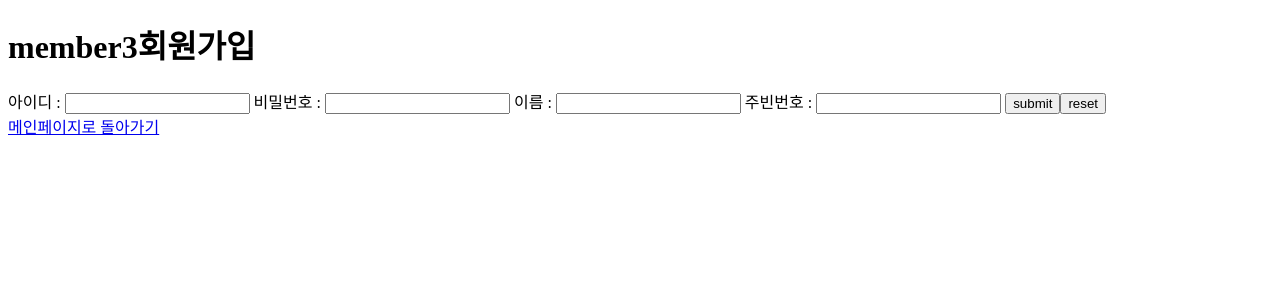
Repository: emthrology/servertest
Page: http://localhost/practices/views/member3/join.jsp
An editor plug-in stored every save of this project. The page is shown before and after the next save, followed by the edit.
The browser window is 1280 px wide. The pictures show the whole page.
The page is served by Tomcat 9. Other server files are loaded and not shown.

Above is the page before, as saved 2019-05-17 07:24:50.

### apache/practices/WebContent/views/member3/join.jsp
<%@ page language="java" contentType="text/html; charset=UTF-8"
    pageEncoding="UTF-8"%>
<!DOCTYPE html>
<html>
<head>
<meta charset="UTF-8">
<title>회원가입</title>
</head>
<body>
	<h1>member3회원가입</h1>
	<form action="/join3" method="post">
		아이디 : <input type="text" name="memberId">
		비밀번호 : <input type="password" name="memberPw">
		이름 : <input type="text" name="memberName">
		주빈번호 : <input type="text" name="socialSecurityNum">
		<input type="submit" value="submit"><input type="reset" value="reset">
	</form>
	<a href="/">메인페이지로 돌아가기</a>
</body>
</html>

After the next save:
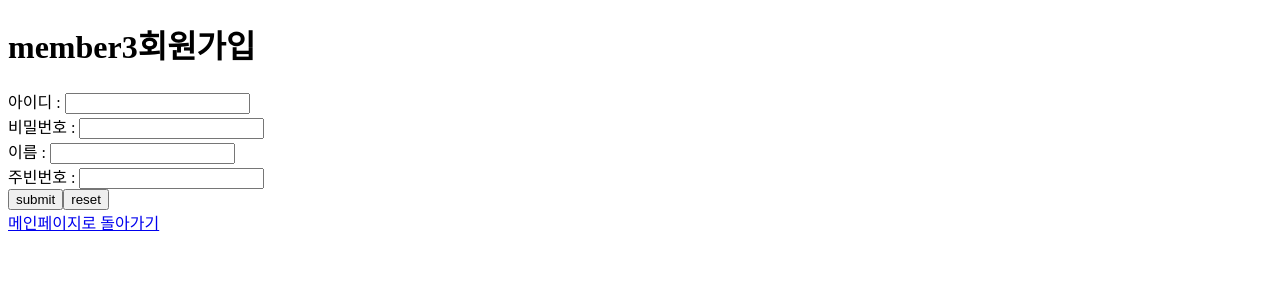
Saved 2 min 13 s later.
--- a/apache/practices/WebContent/views/member3/join.jsp
+++ b/apache/practices/WebContent/views/member3/join.jsp
@@ -9,10 +9,10 @@
 <body>
 	<h1>member3회원가입</h1>
 	<form action="/join3" method="post">
-		아이디 : <input type="text" name="memberId">
-		비밀번호 : <input type="password" name="memberPw">
-		이름 : <input type="text" name="memberName">
-		주빈번호 : <input type="text" name="socialSecurityNum">
+		아이디 : <input type="text" name="memberId"><br>
+		비밀번호 : <input type="password" name="memberPw"><br>
+		이름 : <input type="text" name="memberName"><br>
+		주빈번호 : <input type="text" name="socialSecurityNum"><br>
 		<input type="submit" value="submit"><input type="reset" value="reset">
 	</form>
 	<a href="/">메인페이지로 돌아가기</a>
